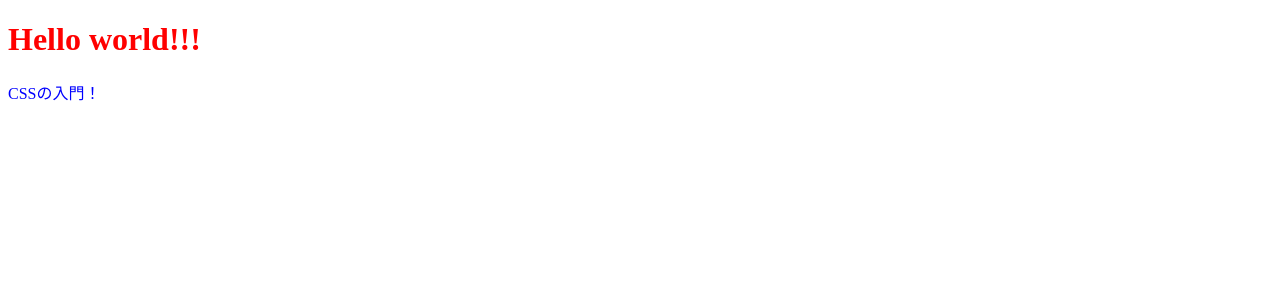
Repository: riharada/inventory
Page: html/css_intro/index.html
The author's editor kept a record of every edit. The page is drawn from the files as they stood at one moment, then again after the next edit.
The browser window is 1280 px wide. The pictures show the whole page.

Above is the page before.

### html/css_intro/index.html
<!DOCTYPE HTML>
<html>
<head>
  <meta charset="UTF-8" />
  <title>TECH BOOST</title>

  <style>
    #title {
      color: red;
    }
    .description {
      color: blue;
    }
  </style>
</head>
  <body>
    <h1 id="title">Hello world!!!</h1>
    <p class="description">CSSの入門！</p>
  </body>
</html>

### html/css_intro/css/style.css
#title {
  color: red;
}

.description {
  color: blue;
}

After the next edit:
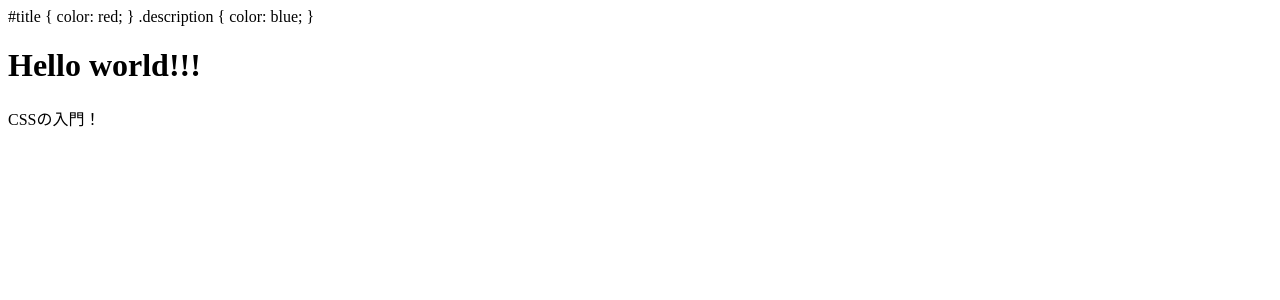
The edit:
--- a/html/css_intro/index.html
+++ b/html/css_intro/index.html
@@ -4,7 +4,7 @@
   <meta charset="UTF-8" />
   <title>TECH BOOST</title>
 
-  <style>
+
     #title {
       color: red;
     }

After the 2 edits that followed:
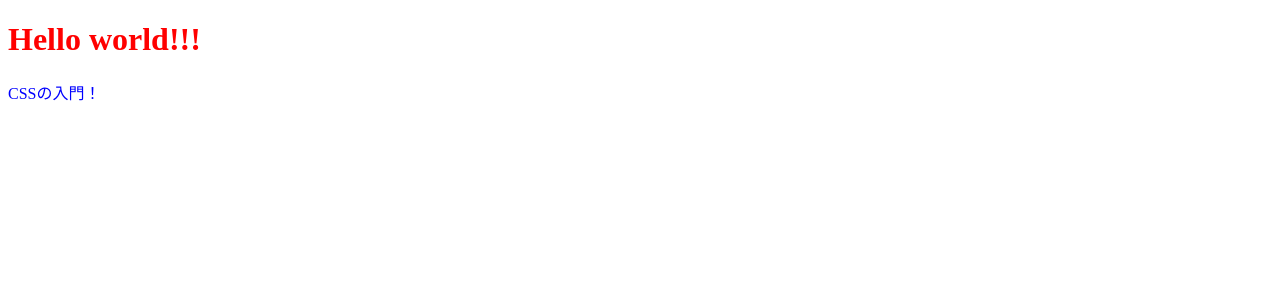
The 2 edits are shown as one change because 1 left the picture as it was.
The edit:
--- a/html/css_intro/index.html
+++ b/html/css_intro/index.html
@@ -4,14 +4,8 @@
   <meta charset="UTF-8" />
   <title>TECH BOOST</title>
 
+ <link rel="stylesheet" href="css/style.css">
 
-    #title {
-      color: red;
-    }
-    .description {
-      color: blue;
-    }
-  </style>
 </head>
   <body>
     <h1 id="title">Hello world!!!</h1>
